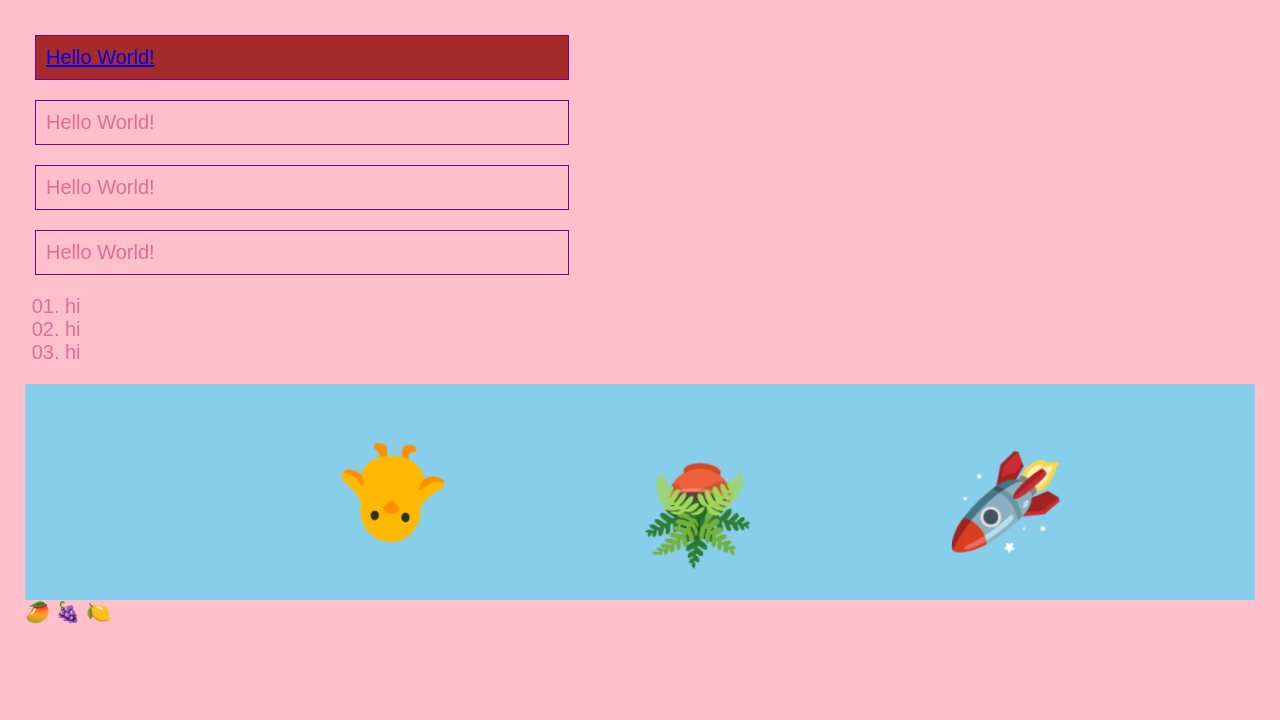
Repository: j1s00jang/MDIA-2109
Page: index2.html
An editor plug-in stored every save of this project. The page is shown before and after the next save, followed by the edit.
The browser window is 1280 px wide. The pictures show the whole page.

Above is the page before, as saved 2025-02-24 10:33:42.

After the next save:
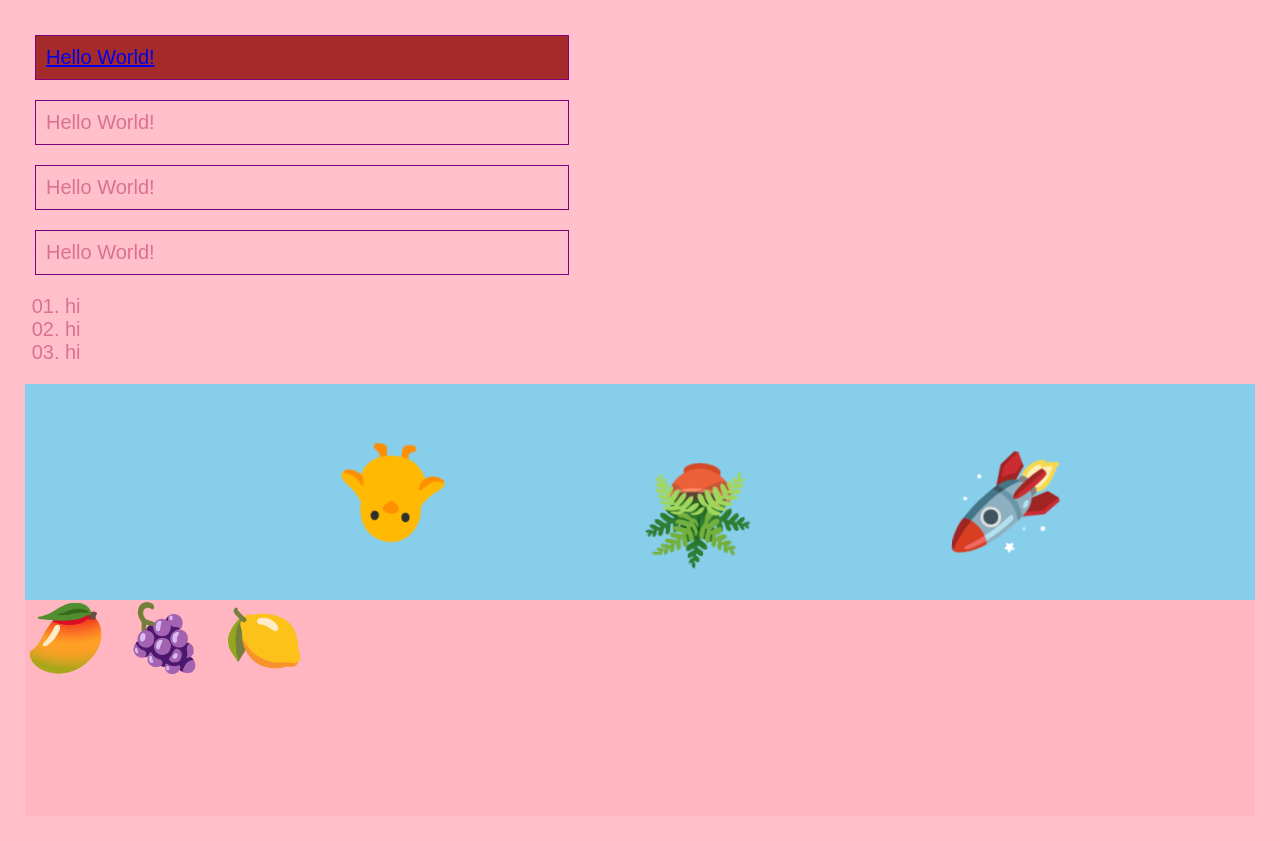
Saved 89 s later.
--- a/css/style.css
+++ b/css/style.css
@@ -102,12 +102,21 @@ ul {
 
 /* Animations */
 
-.css {
+.css, .js {
     position: relative;
     height: 30vh;
     font-size: 65px;
+}
+
+.css {
     background: skyblue;
 }
+
+.js {
+    background: lightpink;
+
+}
+
 
 .css__spinner {
     position: absolute;
